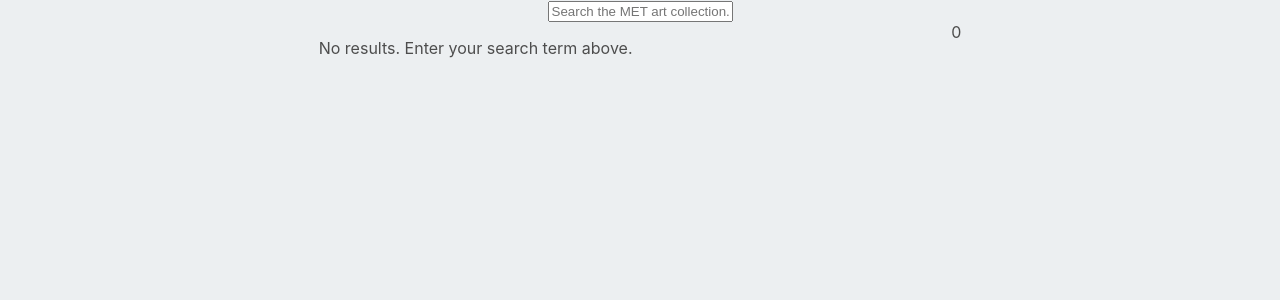
Repository: edulis8/MetSearchTool
Page: /
The author's editor kept a copy of each file at every save. The page is drawn from the files as they stood at one save, then again after a run of saves.
The browser window is 1280 px wide. The pictures show the whole page.
The project was rebuilt for these pictures with package versions that can differ from the ones it lists, and the page was loaded fresh each time. Also part of the build but not shown: src/Pokecard.css, src/Pokecard.js, src/Pokedex.js.

Above is the page before, as saved 2020-01-16 11:52:45.

After the next 3 saves:
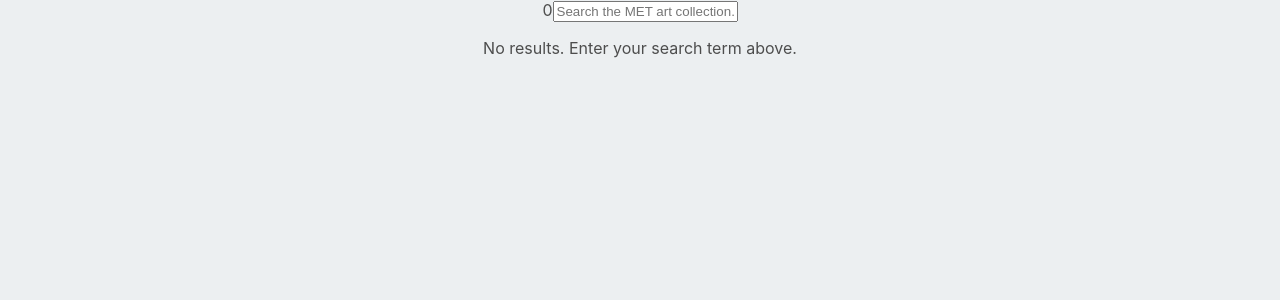
The 3 saves are shown as one change because they came seconds apart.
The last was saved 83 s later.
--- a/src/PokeGame.js
+++ b/src/PokeGame.js
@@ -69,6 +69,8 @@ class PokeGame extends Component {
     render() {
         return (
             <div className='Pokedex'>
+                {this.state.objects.length}
+
                 <input type="text" placeholder="Search the MET art collection..." onChange={this.handleSearchInputChanges} />
                 <div class="Pokedex-cards">
                     {this.state.objects.map(object =>
@@ -80,7 +82,6 @@ class PokeGame extends Component {
                     )}
                     {!this.state.objects.length && !this.state.searching && <p>No results. Enter your search term above.</p>}
                     {this.state.searching && <p>Searching...</p>}
-                    {this.state.objects.length}
                 </div>
             </div>
         )
